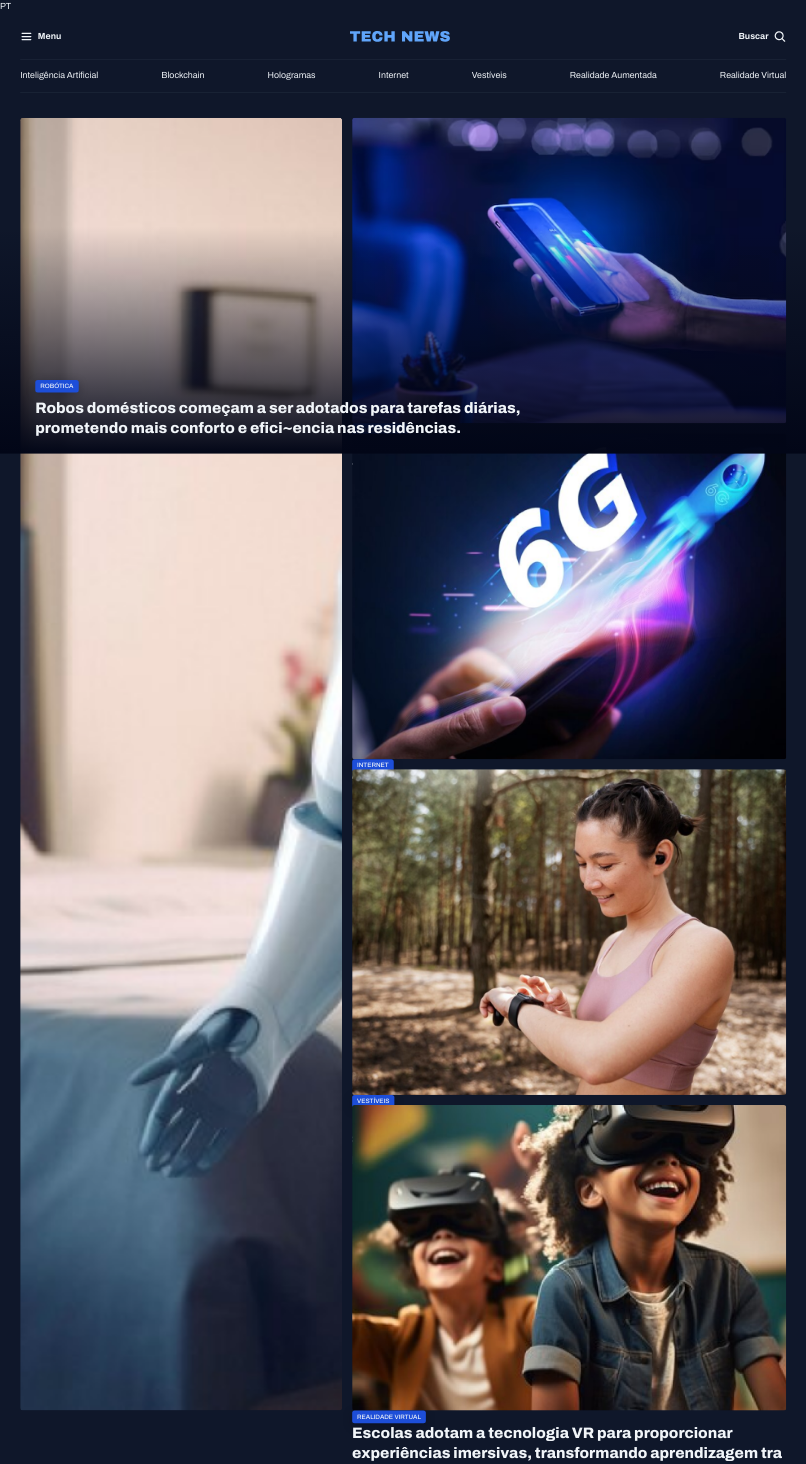
Repository: JeffRodFer/portalDeNoticias
Page: index.html
These files come from the project's save history. The page is drawn as it stood at one moment and after a run of saves; the edit follows.
The browser window is 1280 px wide. The pictures show the whole page, at 63% of full size.

Above is the page before, as saved 2025-04-15 22:02:54.

### index.html
PT<!DOCTYPE html>
<html lang="pt-BR">
  <head>
    <link rel="preconnect" href="https://fonts.googleapis.com">
  <link rel="preconnect" href="https://fonts.gstatic.com" crossorigin>
  <meta charset="UTF-8">
  <meta name="viewport" content="width=device-width, initial-scale=1.0">
  <title>Portal de Notícias</title>
  <link rel="stylesheet" href="styles/index.css">

  <link href="https://fonts.googleapis.com/css2?family=Archivo:ital,wght@0,100..900;1,100..900&family=Bree+Serif&family=Poppins:wght@400;700&display=swap" rel="stylesheet">

</head>
<body>
  <header class="container">
    <nav id="primary" class="grid grid-flow-col">
      <div>
        <img src="assets/icons/List.svg" alt="ícone de menu">
        <strong>Menu</strong>
      </div>
        <div>
          <img src="assets/Logo (1).svg" alt="TechNews logo">
        </div>
        <div>
          <strong>Buscar</strong>
          <img src="assets/icons/MagnifyingGlass.svg" alt="ícone de lupa para pesquisa">
        </div>
    </nav>
    <nav id="secondary" class="grid grid-flow-col">
      <a href="#">Inteligência Artificial</a>
      <a href="#">Blockchain</a>
      <a href="#">Hologramas</a>
      <a href="#">Internet</a>
      <a href="#">Vestíveis</a>
      <a href="#">Realidade Aumentada</a>
      <a href="#">Realidade Virtual</a>
    </nav>
  </header>
  <main class="grid container">
    <section id="featured" class="grid grid-flow-col gap-16">
      <figure class="card">
        <img src="assets/images/Image 01.png" alt="">

        <figcaption>
          <span class="content-tag">robótica</span>
          <h2 class="text-2xl">
            Robos domésticos começam a ser adotados para tarefas diárias, <br> prometendo mais conforto e efici~encia nas residências.
          </h2>
        </figcaption>
      </figure>
      <div class="grid grid cols-2 gap-16">
        <figure>
          <img src="assets/images/Image 02.png" alt="Novo Smartphone Projetor 3D chega ao mercado, transformando a forma como vemos as nossas telas!">

          <figcaption>
            <span class="content-tag">Hologramas</span>
            <h2 class="text-2xl">
              Novo Smartphone Projetor 3D chega ao mercado, transformando a forma como vemos as nossas telas!
            </h2>
          </figcaption>
        </figure>
        <figure>
          <img src="assets/images/Image 03.png" alt="">

          <figcaption>
            <span class="content-tag">Internet</span>
            <h2 class="text-2xl">
            Tecnologia 3D chega as metropoles brasileiras, prometendo revolucionar a forma como vivemos e nos comunicamos.
            </h2>
          </figcaption>
      </figure>
        <figure>
          <img src="assets/images/Image 04.png" alt="">

          <figcaption>
            <span class="content-tag">Vestíveis</span>
            <h2 class="text-2xl">
            Empresa lança relógio inteligente capaz de monitorar a saúde mental, oferecendo insights valiosos para os médicos.
            </h2>
          </figcaption>
        </figure>
        <figure>
          <img src="assets/images/Image 05.png" alt="">

          <figcaption>
            <span class="content-tag">Realidade Virtual</span>
            <h2 class="text-2xl">
              Escolas adotam a tecnologia VR para proporcionar experiências imersivas, transformando aprendizagem tra
            </h2>
          </figcaption>
        </figure>
      </div>
    </section>
  </main>
</body>
</html>

### styles/global.css
* {
  margin: 0;
  padding: 0;
  box-sizing: border-box;
}

:root {
  --brand-color-light: #60a5fa ;
  --brand-color-dark: #1d4ed8;
  --bg-color: #0f172a;
  --stroke-color: #1e293b;
  --text-color-primary: #f1f5f9;
  --text-color-secondary: #cbd5e1;

  --font-family: 'Archivo', sans-serif;
  --h1: 800 24px/135% var(--font-family);
  --h2: 800 16px/140% var(--font-family);
  --h3: 800 14px/140% var(--font-family);
  --text-span: 400 16px/140% var(--font-family);
  --text: 400 14px/160% var(--font-family);

}

body {
  font: var(--text);
  color: var(--text-color-primary);
  background-color: var(--bg-color);
}

a {
  text-decoration: none;
  color: inherit;
}

a:hover {
  color: var(--brand-color-light);
}

h1,h2,h3 {
  font:inherit;
}

img {
  max-width: 100%;
}

.container {
  max-width: 1280px;
  padding-inline: 32px;
  margin-inline: auto;
}
main {
  margin-top: 40px ;
}
.content-tag {
  display: inline-block;
  background-color: var(--brand-color-dark);
  padding: 4px 8px;
  border-radius: 4px;
  font: 500 10px/1.2 var(--font-family);
  text-transform: uppercase;
  color: var(--text-color-primary);
  box-shadow: 0px 4px 16px rgba(2, 3, 23, 0.251);
}

### styles/utility.css
/* utility-first */
.grid {
  display: grid;
}
.grid-flow-col {
  grid-auto-flow: column;
}

.grid-cols-2 {
  grid-template-columns: 1fr 1fr;
}

.gap-16 {
  gap: 16px;
}

.text-2xl {
  font: var(--h1);
}
.text-2x {
  font: var(--h2);
}
.text-lg {
  font: var(--h3);
}
.text-sm {
  font: var(--text-sm);
}

### styles/header.css
#primary {
  padding-block: 20px;

  div {
    display: flex;
    align-items: center;
    gap: 8px;
  }

  /* nesting css */
  div:nth-child(2) {
    margin-inline: auto;
}
div:nth-child(3) {
  justify-self: end;
}
}
#secondary {
  padding-block: 14px;
  border: solid 1px var(--stroke-color);
  border-inline: none;
  justify-content: space-between;
}

### styles/sections.css
#featured {
  img {
    height: 100%;
    object-fit: cover;
    border-radius: 4px;
  }
.card {
  border-radius: 4px;
  overflow: hidden;
  object-fit: relative;

  &::before {
   content: "";
   position: absolute;
   inset: 0;
   top: 50%;
   background: linear-gradient(
    180deg,
    transparent 0%,
    #020617 100%
   );
  }
  figcaption {
    position: absolute;
    bottom: 0;

    padding: 24px;

    h2 {
      margin-top: 8px;
    }
  }
}
}

Loaded but not shown: styles/index.css (common file)

After the next 3 saves:
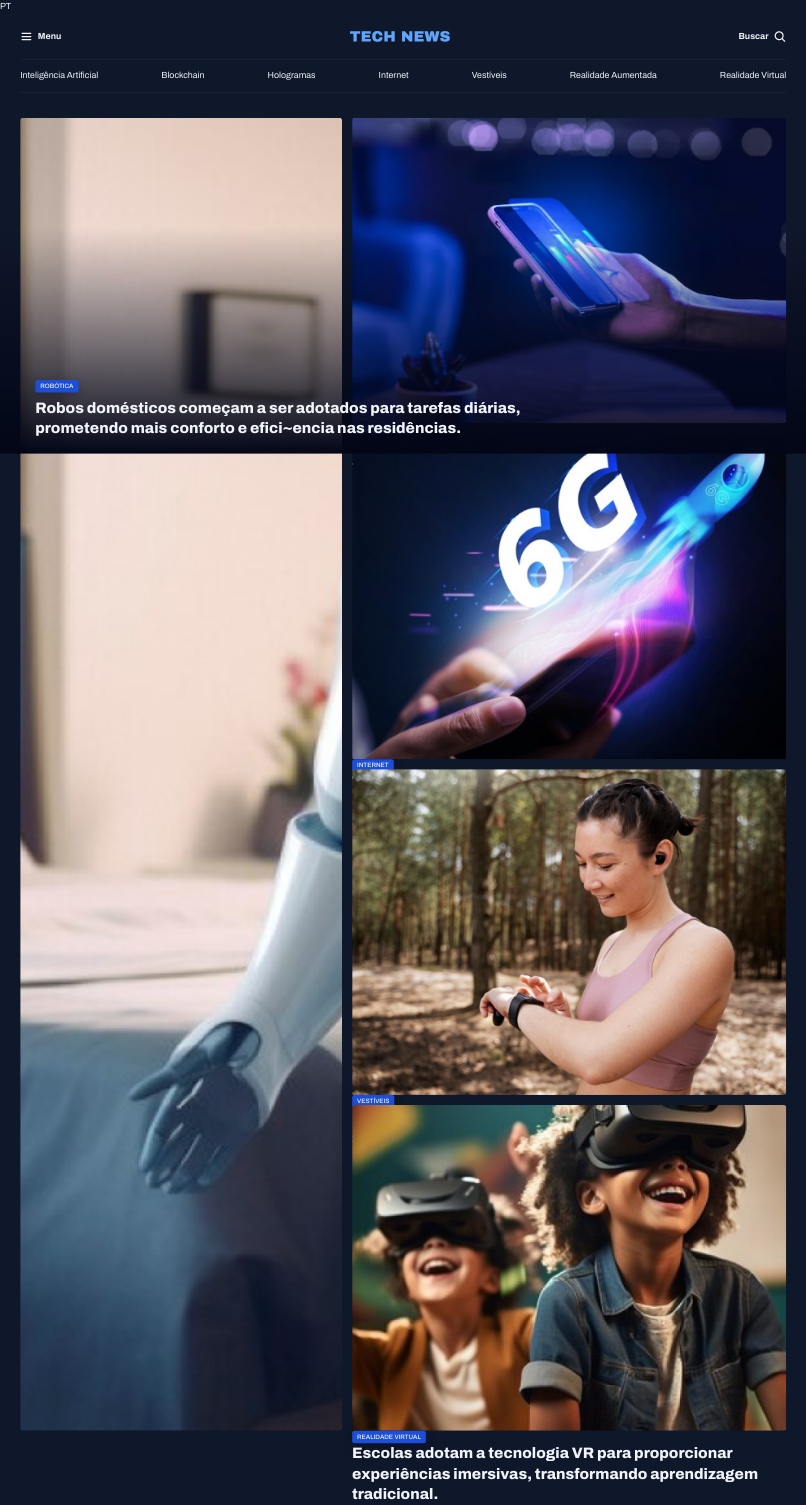
The 3 saves are shown as one change because they came seconds apart.
The last was saved 8 s later.
--- a/index.html
+++ b/index.html
@@ -85,7 +85,7 @@ PT<!DOCTYPE html>
           <figcaption>
             <span class="content-tag">Realidade Virtual</span>
             <h2 class="text-2xl">
-              Escolas adotam a tecnologia VR para proporcionar experiências imersivas, transformando aprendizagem tra
+              Escolas adotam a tecnologia VR para proporcionar experiências imersivas, transformando aprendizagem tradicional.
             </h2>
           </figcaption>
         </figure>
